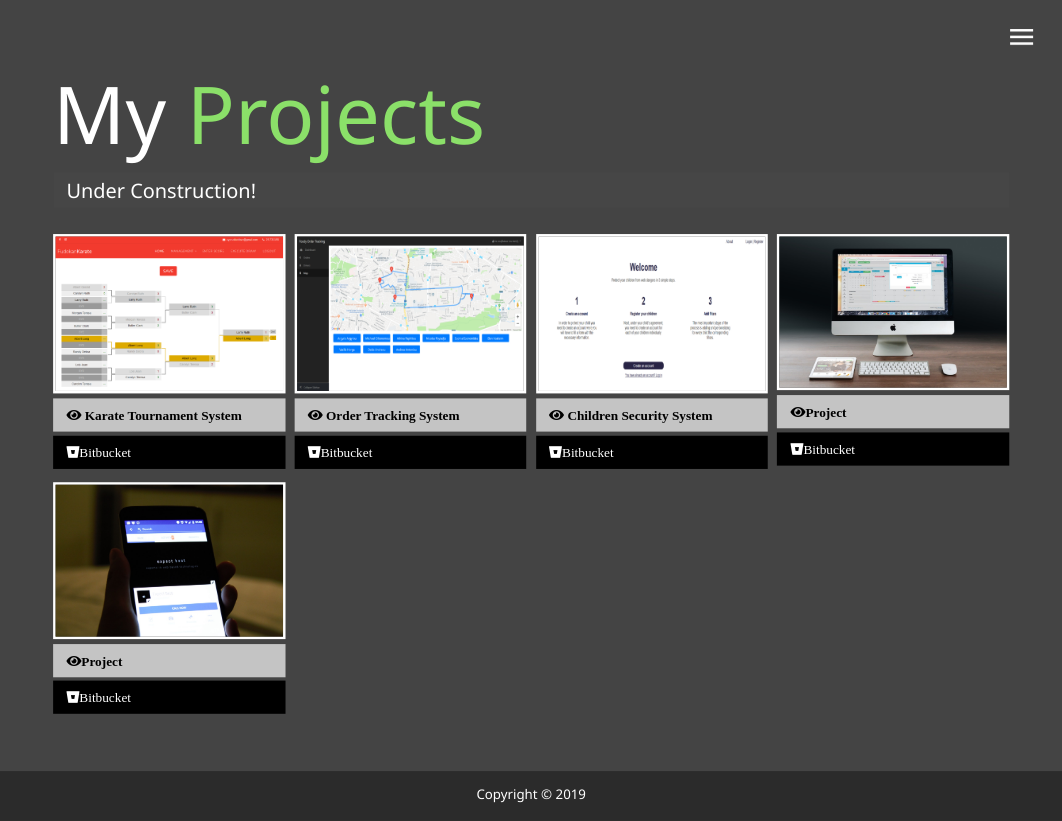
Repository: Preap/portfolio
Page: dist/work.html
The author's editor kept a copy of each file at every save. The page is drawn from the files as they stood at one save, then again after the next save.
The browser window is 1280 px wide. The pictures show the whole page, at 83% of full size.
Some web libraries are served in a nearby version.

Above is the page before, as saved 2019-06-06 02:27:53.

After the next save:
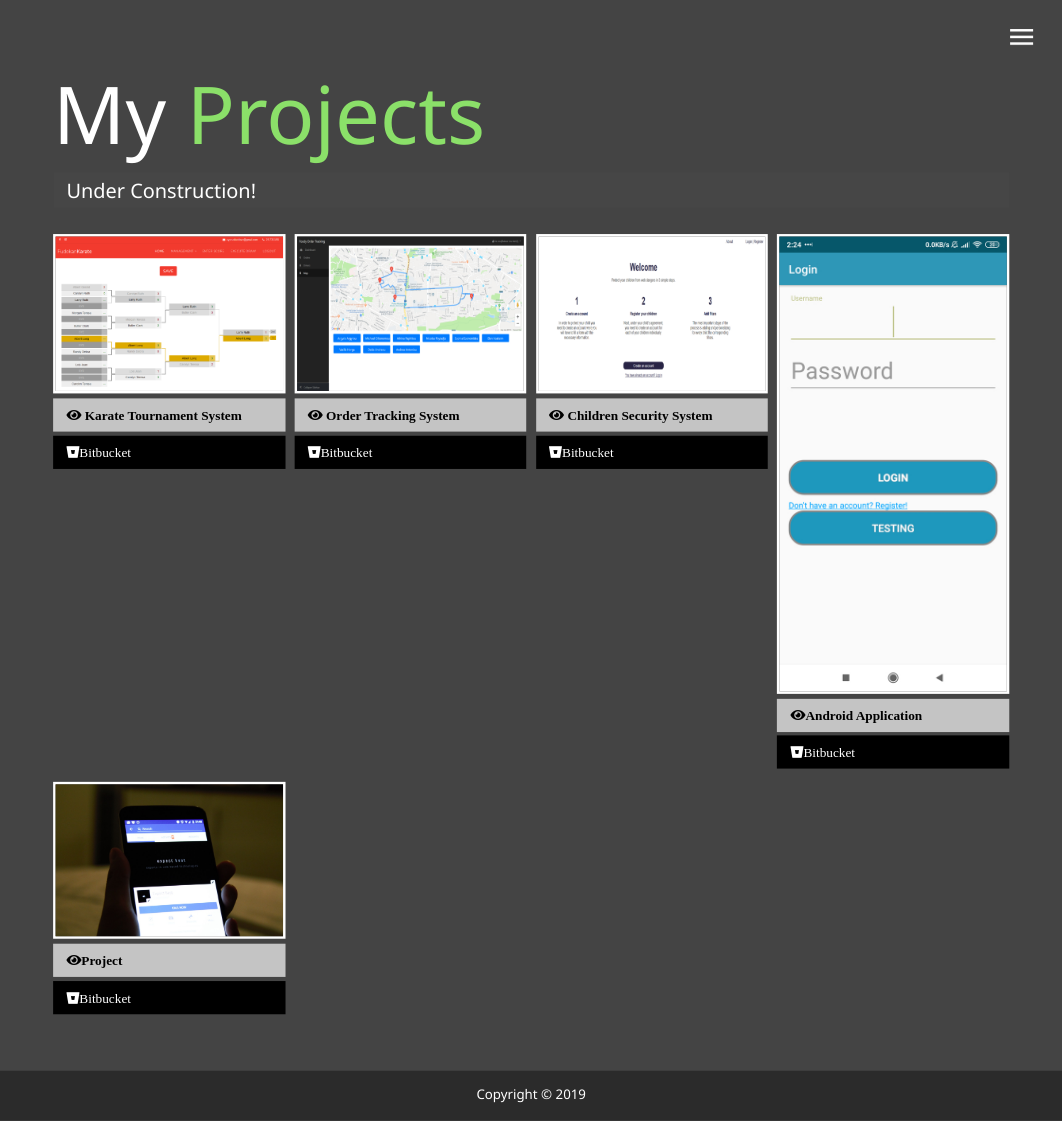
Saved 3 min 29 s later.
--- a/dist/work.html
+++ b/dist/work.html
@@ -88,11 +88,11 @@
         </div>
         <div class="item">
           <a href="#!">
-            <img src="./img/projects/project4.jpg" alt="project1" />
+            <img src="./img/projects/stockcontrol/image1.jpg" alt="project1" />
           </a>
 
           <a href="#!" class="btn-light">
-            <i class="fas fa-eye">Project</i>
+            <i class="fas fa-eye">Android Application</i>
           </a>
           <a href="#!" class="btn-dark">
             <i class="fab fa-bitbucket">Bitbucket</i>
